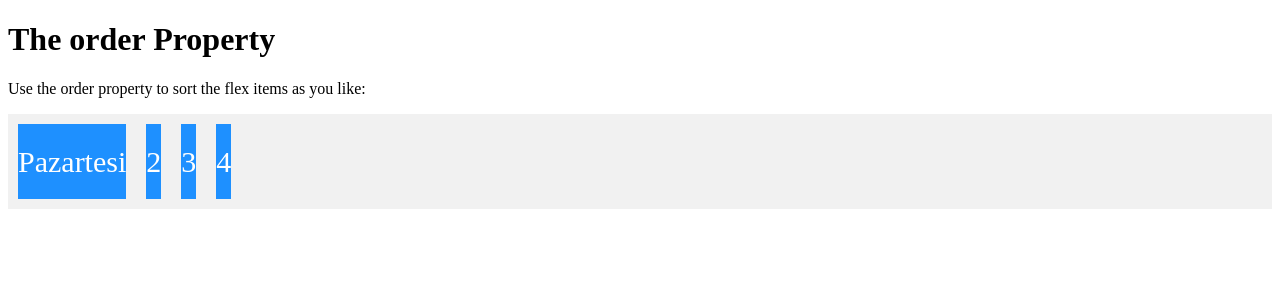
Repository: ahmetbugraozcan/css-ders-programi
Page: deneme.html
An editor plug-in stored every save of this project. The page is shown before and after the next save, followed by the edit.
The browser window is 1280 px wide. The pictures show the whole page.

Above is the page before, as saved 2021-07-10 10:19:51.

### deneme.html
<!DOCTYPE html>
<html>
<head>
<style>
.flex-container {
  display: flex;
  align-items: stretch;
  background-color: #f1f1f1;
}

.flex-container>div {
  background-color: DodgerBlue;
  color: white;

  margin: 10px;
  text-align: center;
  line-height: 75px;
  font-size: 30px;
}
</style>
</head>
<body>
<h1>The order Property</h1>

<p>Use the order property to sort the flex items as you like:</p>

<div class="flex-container">
  <div >Pazartesi</div>
  <div >2</div>
  <div >3</div>
  <div >4</div>
</div>

</body>
</html>

After the next save:
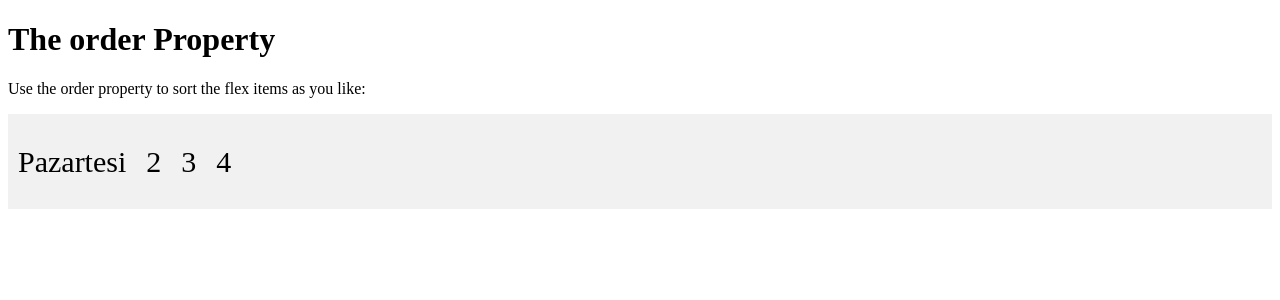
Saved 16 s later.
--- a/deneme.html
+++ b/deneme.html
@@ -9,8 +9,6 @@
 }
 
 .flex-container>div {
-  background-color: DodgerBlue;
-  color: white;
 
   margin: 10px;
   text-align: center;
